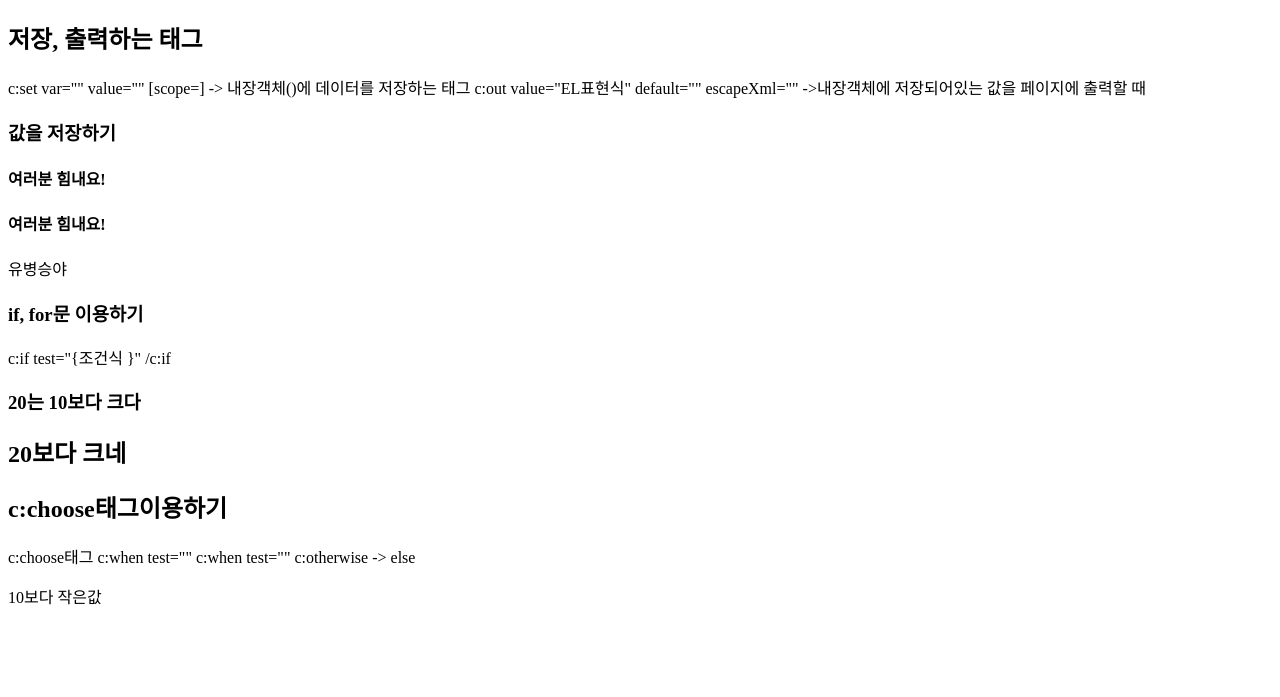
Repository: simjiho/week
Page: http://localhost/el_jstl/views/jstl/02_controltag.jsp
An editor plug-in stored every save of this project. The page is shown before and after the next save, followed by the edit.
The browser window is 1280 px wide. The pictures show the whole page.
The page is served by Tomcat 9.

Above is the page before, as saved 2024-04-20 06:36:01.

After the next save:
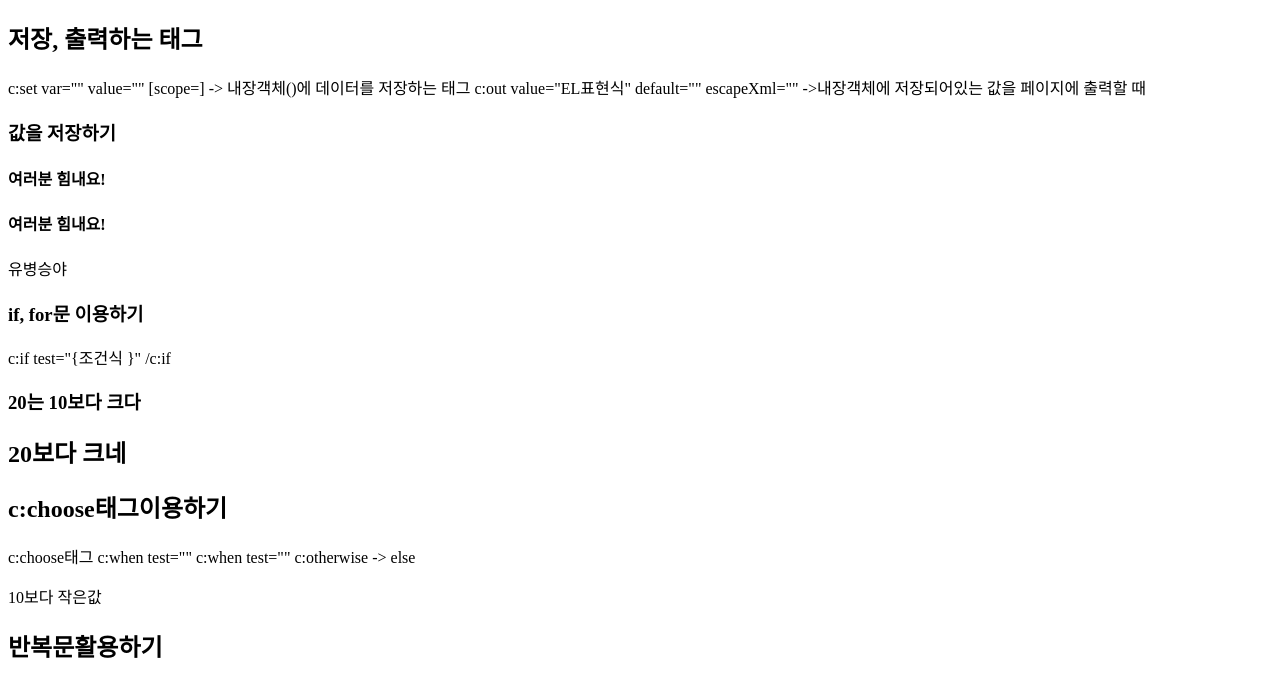
Saved 76 s later.
--- a/workspace/el_jstl/src/main/webapp/views/jstl/02_controltag.jsp
+++ b/workspace/el_jstl/src/main/webapp/views/jstl/02_controltag.jsp
@@ -68,5 +68,7 @@
 		</c:otherwise>
 	</c:choose>
 
+	<h2>반복문활용하기</h2>
+
 </body>
 </html>
